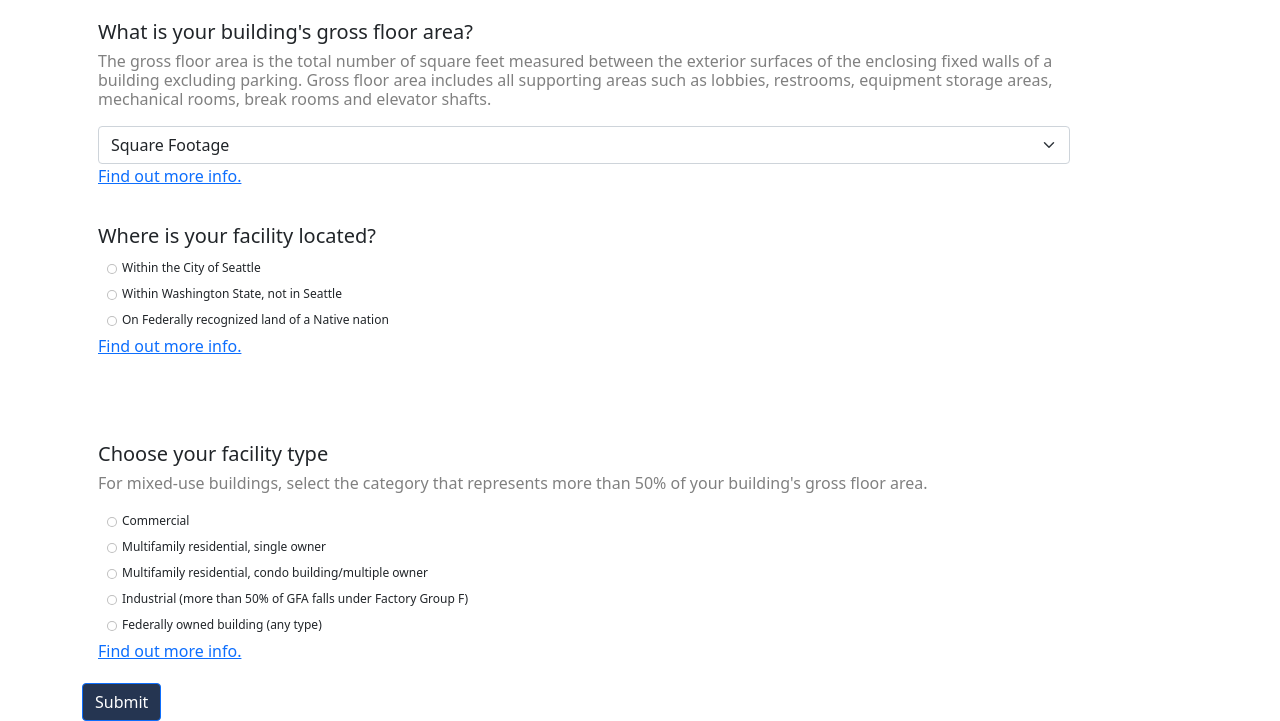
Repository: ChaidGPT/SershonSystemsQuiz
Page: index.html
These files come from the project's save history. The page is drawn as it stood at one moment and after the next save; the edit follows.
The browser window is 1280 px wide. The pictures show the whole page.

Above is the page before, as saved 2023-07-08 15:40:53.

### index.html
<!DOCTYPE html>
<html>

<head>
	<meta charset="utf-8">
	<title>Quiz</title>
	<link rel="stylesheet" href="https://cdn.jsdelivr.net/npm/bootstrap@5.0.2/dist/css/bootstrap.min.css">
	<style>
	.card {
		width: 90%;
        border: none;
	}

	.card-column {
		display: flex;
		flex-direction: column;
		align-items: center;
		max-width: auto;
	}

    .btn {
        color: white;
        background-color: #253551;
    }

	.card-body p {
		font-size: 8;
		color: gray;
		line-height: 1.2;
	}

	.form-check-input[type="radio"] {
        font-size: 10px;
		margin-right: 5px;
    }

    .form-check-label {
        font-size: 12px;
    }

	.form-check {
  display: flex;
  align-items: center;
}
	</style>
</head>

<body>
	<div class="container">
		<!-- Question 1 Card -->
		<div class="card mb-1 mt-1">
			<div class="card-body">
				<h5 class="card-title">What is your building's gross floor area?</h5>
				<p class="card-text">The gross floor area is the total number of square feet measured between the exterior surfaces of the enclosing fixed walls of a building excluding parking. Gross floor area includes all supporting areas such as lobbies, restrooms, equipment storage areas, mechanical rooms, break rooms and elevator shafts.</p>
				<div class="form-group">
					<select id="buildingSize" type="number" class="form-select">
						<option value="">Square Footage</option>
						<option value="under20k">less than 20k square feet</option>
						<option value="20kTo30k">20k - 30k square feet</option>
						<option value="30kTo50k">30k - 50k square feet</option>
						<option value="50kTo70k">50k - 70k square feet</option>
						<option value="70kTo90k">70k - 90k square feet</option>
						<option value="90kTo100k">90k - 100k square feet</option>
						<option value="100kTo200k">100k - 200k square feet</option>
						<option value="200kTo220k">200k - 220k square feet</option>
						<option value="over220k">over 220k square feet</option>
					</select>
				</div>
				<a href="" target="_blank">Find out more info.</a>
			</div>
		</div>
		<!-- Question 1 Card End -->

		<!-- Question 2 Card -->
		<div class="card mb-1">
			<div class="card-body">
				<h5 class="card-title">Where is your facility located?</h5>
				<div class="form-check">
					<input type="radio" id="seattle" name="buildingLocation" value="seattle" class="form-check-input">
					<label for="seattle" class="form-check-label">Within the City of Seattle</label>
				</div>
				<div class="form-check">
					<input type="radio" id="washington" name="buildingLocation" value="washington" class="form-check-input">
					<label for="washington" class="form-check-label">Within Washington State, not in Seattle</label>
				</div>
				<div class="form-check">
					<input type="radio" id="native" name="buildingLocation" value="native" class="form-check-input">
					<label for="native" class="form-check-label">On Federally recognized land of a Native nation</label>
				</div>
				<a href="" target="_blank">Find out more info.</a>
			</div>
		</div>
		<br>
		<br>
		<!-- Question 2 Card End -->

		<!-- Question 3 Card -->
		<div class="card mb-1">
			<div class="card-body">
				<h5 class="card-title">Choose your facility type</h5>
				<p class="card-text">For mixed-use buildings, select the category that represents more than 50% of your building's gross floor area.</p>
				<div class="form-group">
					<div class="form-check">
						<input type="radio" id="commercial" name="facilityType" value="commercial" class="form-check-input">
						<label for="commercial" class="form-check-label">Commercial</label>
					</div>
					<div class="form-check">
						<input type="radio" id="MFsingle" name="facilityType" value="MFsingle" class="form-check-input">
						<label for="MFsingle" class="form-check-label">Multifamily residential, single owner</label>
					</div>
					<div class="form-check">
						<input type="radio" id="MFmultiple" name="facilityType" value="MFmultiple" class="form-check-input">
						<label for="MFmultiple" class="form-check-label">Multifamily residential, condo building/multiple owner</label>
					</div>
					<div class="form-check">
						<input type="radio" id="industrial" name="facilityType" value="industrial" class="form-check-input">
						<label for="industrial" class="form-check-label">Industrial (more than 50% of GFA falls under Factory Group F)</label>
					</div>
					<div class="form-check">
						<input type="radio" id="federal" name="facilityType" value="federal" class="form-check-input">
						<label for="federal" class="form-check-label">Federally owned building (any type)</label>
					</div>
				</div>
				<a href="" target="_blank">Find out more info.</a>
			</div>
		</div>
		<!-- Question 3 Card End -->

		<button id="submitBtn" type="submit" class="btn btn-primary">Submit</button>
	</div>


	<script src="https://cdn.jsdelivr.net/npm/bootstrap@5.0.2/dist/js/bootstrap.bundle.min.js"></script>
	<script>

var messageTable = {
      'under20k-seattle-commercial': '9',
      'under20k-seattle-MFsingle': '9',
      'under20k-seattle-MFmultiple': '9',
      'under20k-seattle-industrial': '9',
      'under20k-seattle-federal': '9',
      'under20k-washington-commercial': '9',
      'under20k-washington-MFsingle': '9',
      'under20k-washington-MFmultiple': '9',
      'under20k-washington-industrial': '9',
      'under20k-washington-federal': '9',
      'under20k-native-commercial': '9',
      'under20k-native-MFsingle': '9',
      'under20k-native-MFmultiple': '9',
      'under20k-native-industrial': '9',
      'under20k-native-federal': '9',

      '20kTo30k-seattle-commercial': '8',
      '20kTo30k-seattle-MFsingle': '14',
      '20kTo30k-seattle-MFmultiple': '19',
      '20kTo30k-seattle-industrial': '9',
      '20kTo30k-seattle-federal': '9',
      '20kTo30k-washington-commercial': '23',
      '20kTo30k-washington-MFsingle': '23',
      '20kTo30k-washington-MFmultiple': '9',
      '20kTo30k-washington-industrial': '9',
      '20kTo30k-washington-federal': '9',
      '20kTo30k-native-commercial': '9',
      '20kTo30k-native-MFsingle': '9',
      '20kTo30k-native-MFmultiple': '9',
      '20kTo30k-native-industrial': '9',
      '20kTo30k-native-federal': '9',

      '30kTo50k-seattle-commercial': '7',
      '30kTo50k-seattle-MFsingle': '13',
      '30kTo50k-seattle-MFmultiple': '18',
      '30kTo50k-seattle-industrial': '9',
      '30kTo50k-seattle-federal': '9',
      '30kTo50k-washington-commercial': '23',
      '30kTo50k-washington-MFsingle': '23',
      '30kTo50k-washington-MFmultiple': '9',
      '30kTo50k-washington-industrial': '9',
      '30kTo50k-washington-federal': '9',
      '30kTo50k-native-commercial': '9',
      '30kTo50k-native-MFsingle': '9',
      '30kTo50k-native-MFmultiple': '9',
      '30kTo50k-native-industrial': '9',
      '30kTo50k-native-federal': '9',

      '50kTo70k-seattle-commercial': '6',
      '50kTo70k-seattle-MFsingle': '12',
      '50kTo70k-seattle-MFmultiple': '17',
      '50kTo70k-seattle-industrial': '9',
      '50kTo70k-seattle-federal': '9',
      '50kTo70k-washington-commercial': '22',
      '50kTo70k-washington-MFsingle': '23',
      '50kTo70k-washington-MFmultiple': '9',
      '50kTo70k-washington-industrial': '9',
      '50kTo70k-washington-federal': '9',
      '50kTo70k-native-commercial': '9',
      '50kTo70k-native-MFsingle': '9',
      '50kTo70k-native-MFmultiple': '9',
      '50kTo70k-native-industrial': '9',
      '50kTo70k-native-federal': '9',

      '70kTo90k-seattle-commercial': '5',
      '70kTo90k-seattle-MFsingle': '12',
      '70kTo90k-seattle-MFmultiple': '17',
      '70kTo90k-seattle-industrial': '9',
      '70kTo90k-seattle-federal': '9',
      '70kTo90k-washington-commercial': '22',
      '70kTo90k-washington-MFsingle': '23',
      '70kTo90k-washington-MFmultiple': '9',
      '70kTo90k-washington-industrial': '9',
      '70kTo90k-washington-federal': '9',
      '70kTo90k-native-commercial': '9',
      '70kTo90k-native-MFsingle': '9',
      '70kTo90k-native-MFmultiple': '9',
      '70kTo90k-native-industrial': '9',
      '70kTo90k-native-federal': '9',

      '90kTo100k-seattle-commercial': '4',
      '90kTo100k-seattle-MFsingle': '11',
      '90kTo100k-seattle-MFmultiple': '16',
      '90kTo100k-seattle-industrial': '9',
      '90kTo100k-seattle-federal': '9',
      '90kTo100k-washington-commercial': '21',
      '90kTo100k-washington-MFsingle': '23',
      '90kTo100k-washington-MFmultiple': '9',
      '90kTo100k-washington-industrial': '9',
      '90kTo100k-washington-federal': '9',
      '90kTo100k-native-commercial': '9',
      '90kTo100k-native-MFsingle': '9',
      '90kTo100k-native-MFmultiple': '9',
      '90kTo100k-native-industrial': '9',
      '90kTo100k-native-federal': '9',

      '100kTo200k-seattle-commercial': '3',
      '100kTo200k-seattle-MFsingle': '11',
      '100kTo200k-seattle-MFmultiple': '16',
      '100kTo200k-seattle-industrial': '9',
      '100kTo200k-seattle-federal': '9',
      '100kTo200k-washington-commercial': '21',
      '100kTo200k-washington-MFsingle': '23',
      '100kTo200k-washington-MFmultiple': '9',
      '100kTo200k-washington-industrial': '9',
      '100kTo200k-washington-federal': '9',
      '100kTo200k-native-commercial': '9',
      '100kTo200k-native-MFsingle': '9',
      '100kTo200k-native-MFmultiple': '9',
      '100kTo200k-native-industrial': '9',
      '100kTo200k-native-federal': '9',

      '200kTo220k-seattle-commercial': '2',
      '200kTo220k-seattle-MFsingle': '11',
      '200kTo220k-seattle-MFmultiple': '16',
      '200kTo220k-seattle-industrial': '9',
      '200kTo220k-seattle-federal': '9',
      '200kTo220k-washington-commercial': '21',
      '200kTo220k-washington-MFsingle': '23',
      '200kTo220k-washington-MFmultiple': '9',
      '200kTo220k-washington-industrial': '9',
      '200kTo220k-washington-federal': '9',
      '200kTo220k-native-commercial': '9',
      '200kTo220k-native-MFsingle': '9',
      '200kTo220k-native-MFmultiple': '9',
      '200kTo220k-native-industrial': '9',
      '200kTo220k-native-federal': '9',

      'over220k-seattle-commercial': '1',
      'over220k-seattle-MFsingle': '10',
      'over220k-seattle-MFmultiple': '5',
      'over220k-seattle-industrial': '9',
      'over220k-seattle-federal': '9',
      'over220k-washington-commercial': '20',
      'over220k-washington-MFsingle': '23',
      'over220k-washington-MFmultiple': '9',
      'over220k-washington-industrial': '9',
      'over220k-washington-federal': '9',
      'over220k-native-commercial': '9',
      'over220k-native-MFsingle': '9',
      'over220k-native-MFmultiple': '9',
      'over220k-native-industrial': '9',
      'over220k-native-federal': '9'
    };

		document.querySelector("#submitBtn").addEventListener("click", function(event) {
  		event.preventDefault(); // Prevents the default form submission behavior

  		var DD = document.querySelector('#buildingSize').value;
		var R1 = document.querySelector('input[name="buildingLocation"]:checked').value;
		var R2 = document.querySelector('input[name="facilityType"]:checked').value;

		var combination = DD + '-' + R1 + '-' + R2;

    // Retrieve the message from the message table using the combination key
    	var message = messageTable[combination] || 'Default message';

    // Show the alert with the corresponding message
    	alert(message);
});



	</script>

</body>

</html>

After the next save:
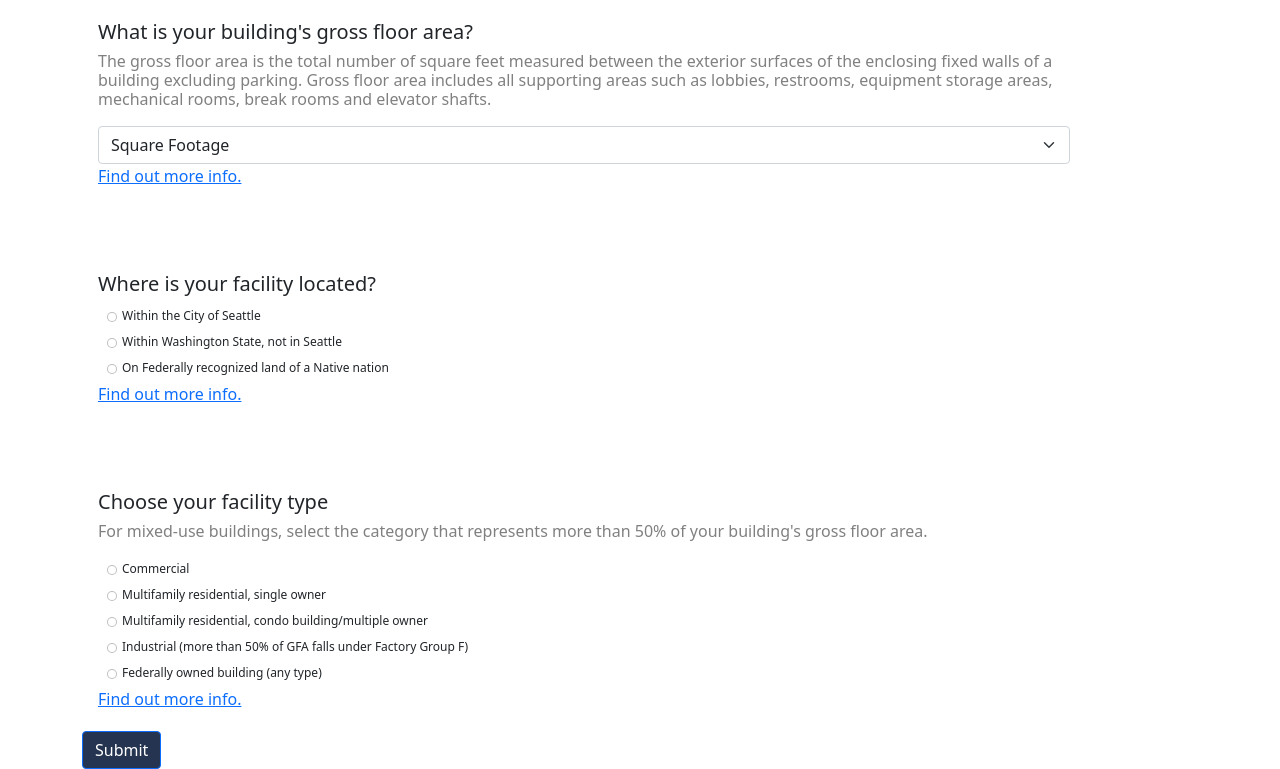
Saved 43 s later.
--- a/index.html
+++ b/index.html
@@ -70,7 +70,8 @@
 			</div>
 		</div>
 		<!-- Question 1 Card End -->
-
+		<br>
+		<br>
 		<!-- Question 2 Card -->
 		<div class="card mb-1">
 			<div class="card-body">
@@ -90,10 +91,9 @@
 				<a href="" target="_blank">Find out more info.</a>
 			</div>
 		</div>
+		<!-- Question 2 Card End -->
 		<br>
 		<br>
-		<!-- Question 2 Card End -->
-
 		<!-- Question 3 Card -->
 		<div class="card mb-1">
 			<div class="card-body">
